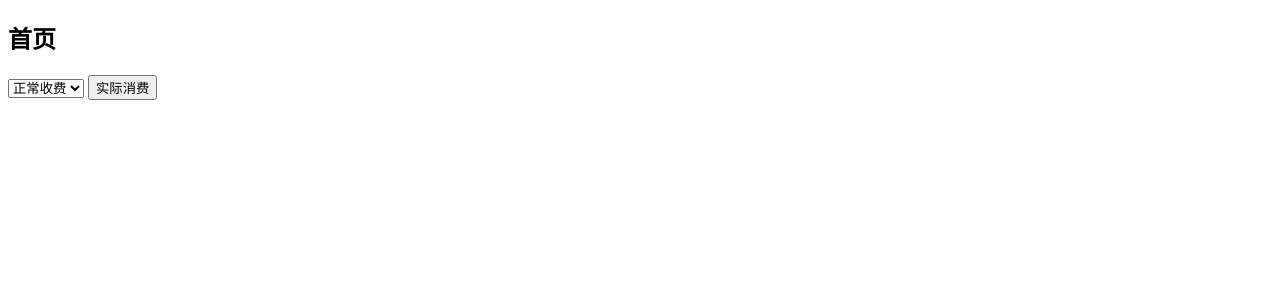
Repository: iamsongpeng/java-web-demo
Page: http://localhost/design_pattern/
An editor plug-in stored every save of this project. The page is shown before and after the next save, followed by the edit.
The browser window is 1280 px wide. The pictures show the whole page.
The page is served by Tomcat 9.

Above is the page before, as saved 2017-06-09 15:53:55.

After the next save:
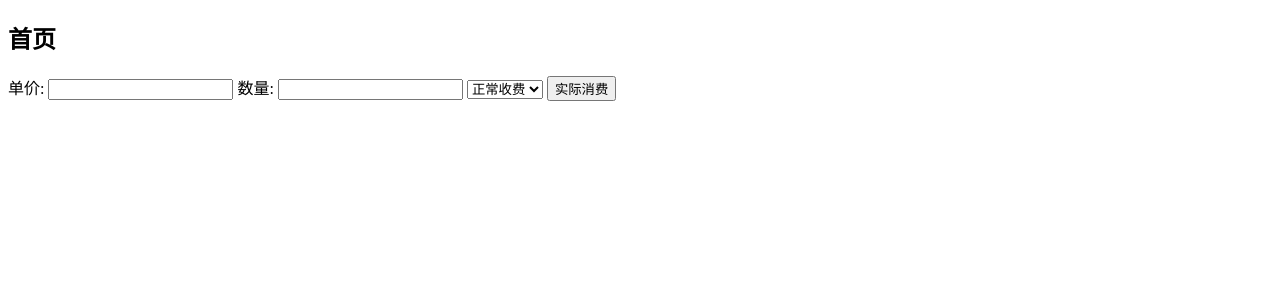
Saved 2 min 51 s later.
--- a/design_pattern/WebContent/index.jsp
+++ b/design_pattern/WebContent/index.jsp
@@ -9,6 +9,8 @@
 <body>
 	<h2>首页</h2>
 	<form action="${pageContext.request.contextPath }/actualConsumption" method="post">
+		单价: <input type="text" name="totalPrice">
+		数量: <input type="text" name="totalPrice">
 		<select name="addRange">
 			<option value="0">正常收费</option>
 			<option value="1">打八折</option>
